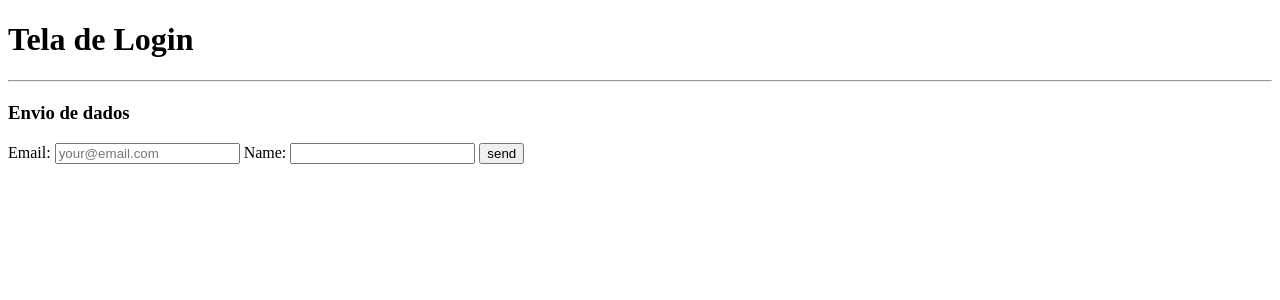
Repository: MarcioFreitasUFSC21/FrontEnd-part-1
Page: index.html
An editor plug-in stored every save of this project. The page is shown before and after a run of saves, followed by the edit.
The browser window is 1280 px wide. The pictures show the whole page.

Above is the page before, as saved 2023-04-22 19:21:49.

After the next 2 saves:
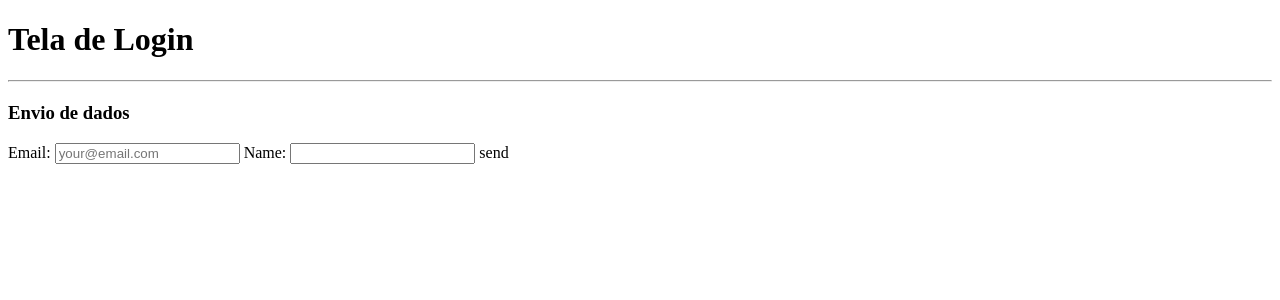
The 2 saves are shown as one change because they came seconds apart.
The last was saved 8 s later.
--- a/index.html
+++ b/index.html
@@ -14,7 +14,7 @@
             <h2>
                 <h3> Envio de dados</h3>
                 <label type = "email"> Email: </label> <input type = "email" placeholder="your@email.com" ></input>
-                <label type = "text"> Name: </label> <input type = "text" ></input>
+                <label type = "text"> Name: </label> <input type = "text /input>
                 <button type = "submit" action = "save"> send</button>
             </h2>
         </div>

After the save that followed:
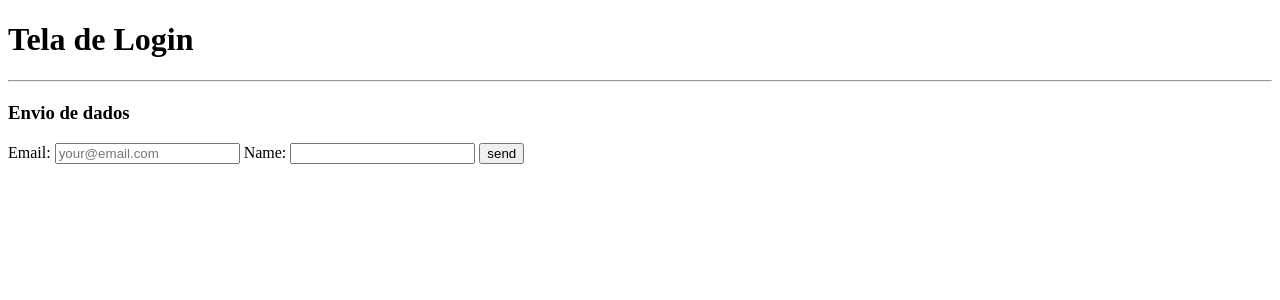
Saved 6 s later.
--- a/index.html
+++ b/index.html
@@ -14,7 +14,7 @@
             <h2>
                 <h3> Envio de dados</h3>
                 <label type = "email"> Email: </label> <input type = "email" placeholder="your@email.com" ></input>
-                <label type = "text"> Name: </label> <input type = "text /input>
+                <label type = "text"> Name: </label> <input type = "text" /input>
                 <button type = "submit" action = "save"> send</button>
             </h2>
         </div>
